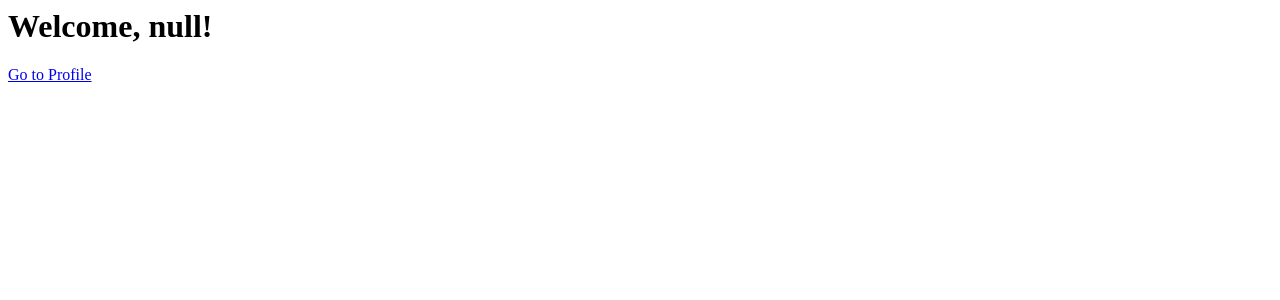
Repository: NikhilPatlolla/FinalAssignment
Page: http://localhost/SessionManagementApp/test
The author's editor kept a copy of each file at every save. The page is drawn from the files as they stood at one save, then again after the next save.
The browser window is 1280 px wide. The pictures show the whole page.
The page is served by Tomcat 10.

Above is the page before, as saved 2023-05-27 21:57:36.

### SessionManagementApp/src/main/java/com/nikhil/controller/SessionServlet.java
package com.nikhil.controller;

import java.io.IOException;
import java.io.PrintWriter;

import jakarta.servlet.ServletException;
import jakarta.servlet.http.HttpServlet;
import jakarta.servlet.http.HttpServletRequest;
import jakarta.servlet.http.HttpServletResponse;
import jakarta.servlet.http.HttpSession;


public class SessionServlet extends HttpServlet {
	private static final long serialVersionUID = 1L;

	protected void doGet(HttpServletRequest request, HttpServletResponse response) throws ServletException, IOException {
		HttpSession session = request.getSession();

	    // Retrieve the user's name from the session
	    String name = (String) session.getAttribute("name");

	    // Set the response content type
	    response.setContentType("text/html");

	    // Create a PrintWriter to write the response
	    PrintWriter out = response.getWriter();

	    // Write the HTML response
	    out.println("<html>");
	    out.println("<head><title>Welcome</title></head>");
	    out.println("<body>");
	    out.println("<h1>Welcome, " + name + "!</h1>");
	    out.println("<a href=\"/webapp/profile\">Go to Profile</a>");
	    out.println("</body>");
	    out.println("</html>");
	    out.close();
	}


	protected void doPost(HttpServletRequest request, HttpServletResponse response) throws ServletException, IOException {
	    // Get the user's name from the form submission
	    String name = request.getParameter("name");

	    // Get the session object
	    HttpSession session = request.getSession();

	    // Set the user's name as a session attribute
	    session.setAttribute("name", name);

	    // Redirect to the welcome page
	    response.sendRedirect(request.getContextPath() + "/test");
	}


}

After the next save:
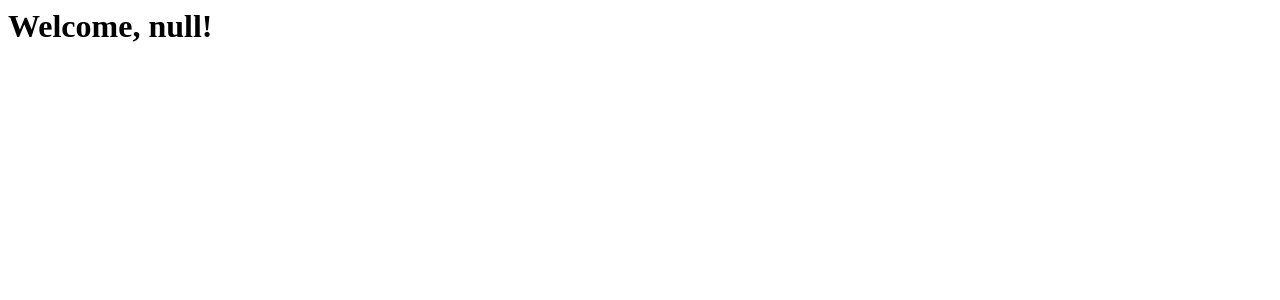
Saved 46 s later.
--- a/SessionManagementApp/src/main/java/com/nikhil/controller/SessionServlet.java
+++ b/SessionManagementApp/src/main/java/com/nikhil/controller/SessionServlet.java
@@ -30,7 +30,7 @@ public class SessionServlet extends HttpServlet {
 	    out.println("<head><title>Welcome</title></head>");
 	    out.println("<body>");
 	    out.println("<h1>Welcome, " + name + "!</h1>");
-	    out.println("<a href=\"/webapp/profile\">Go to Profile</a>");
+//	    out.println("<a href=\"/webapp/profile\">Go to Profile</a>");
 	    out.println("</body>");
 	    out.println("</html>");
 	    out.close();
